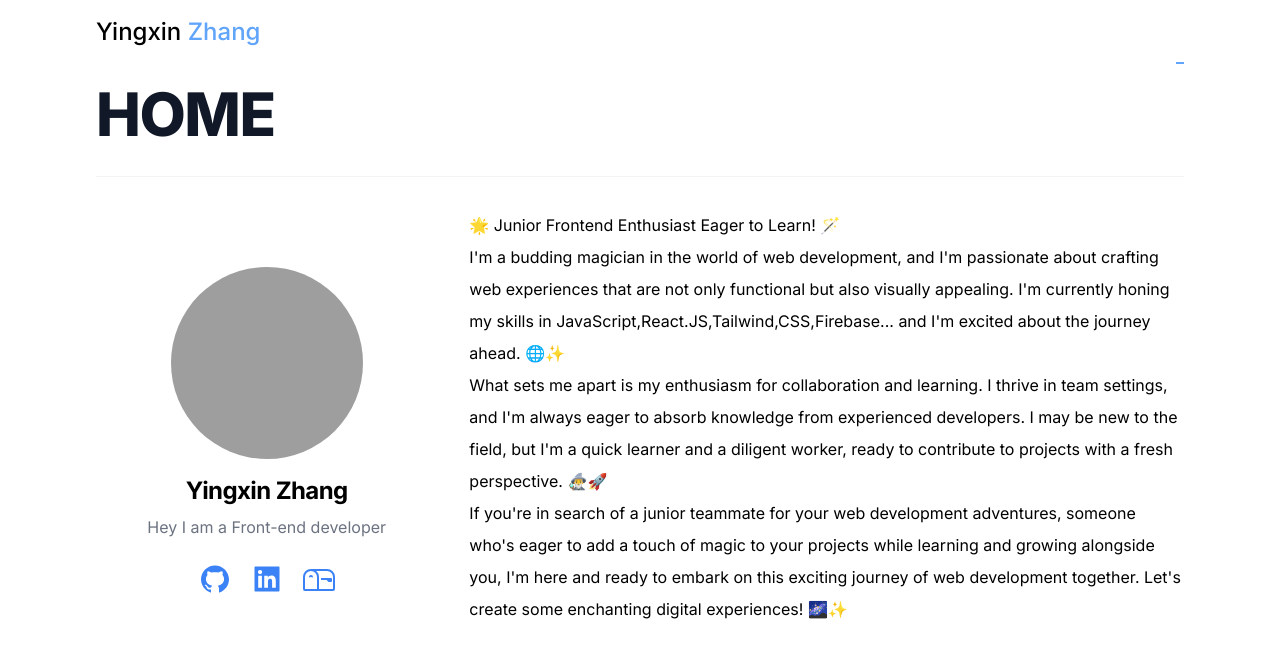
Repository: Tracy-maker/projects_collection
Page: /
These files come from the project's save history. The page is drawn as it stood at one moment and after the next save; the edit follows.
The browser window is 1280 px wide. The pictures show the whole page.
Pictures or frames that could not be fetched are drawn as grey boxes. The project was rebuilt for these pictures with package versions that can differ from the ones it lists, and the page was loaded fresh each time. The framework's server and built-in components were replaced by stand-ins that run in the browser. Also part of the build but not shown: next.config.js.

Above is the page before, as saved 2023-10-26 15:36:44.

After the next save:
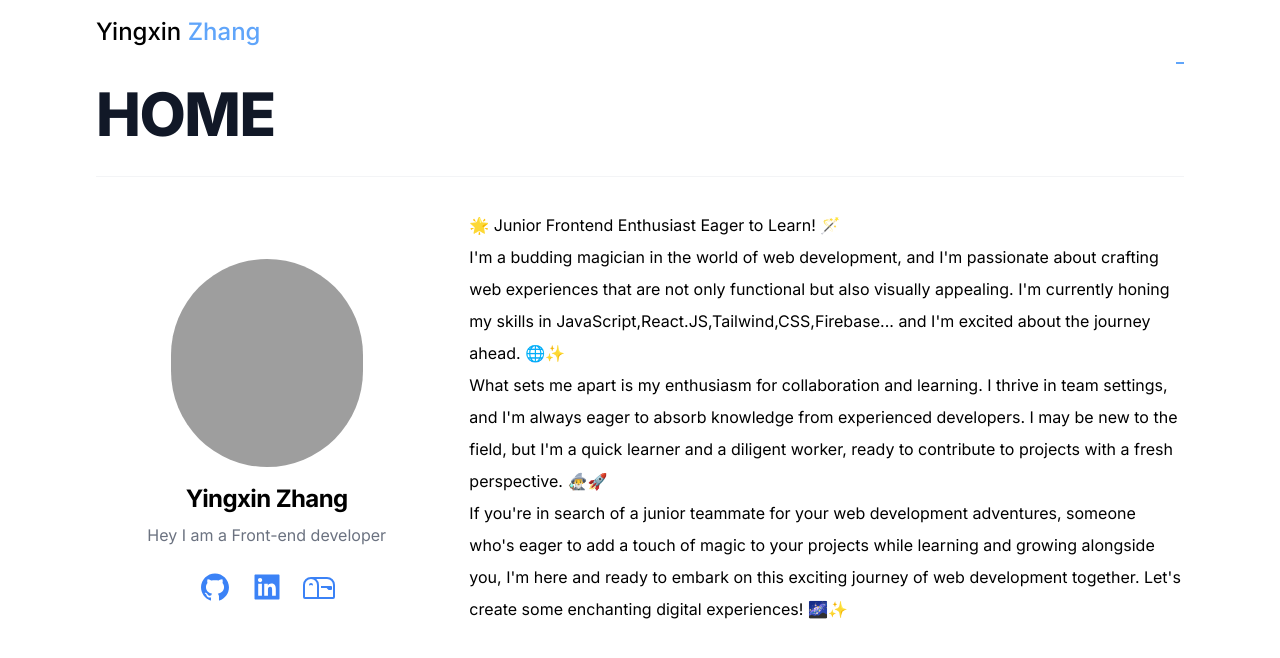
Saved 25 s later.
--- a/app/page.tsx
+++ b/app/page.tsx
@@ -16,7 +16,7 @@ export default function Home() {
             src="https://i.ibb.co/MRHHtS5/Wechat-IMG7.jpg"
             width={900}
             height={900}
-            className="h-48 w-48 rounded-full object-cover object-top"
+            className="h-52 w-48 rounded-full object-cover object-top"
           />
           <h3 className="pt-4 pb-2 text-2xl font-bold leading-8 tracking-tight">
             Yingxin Zhang
